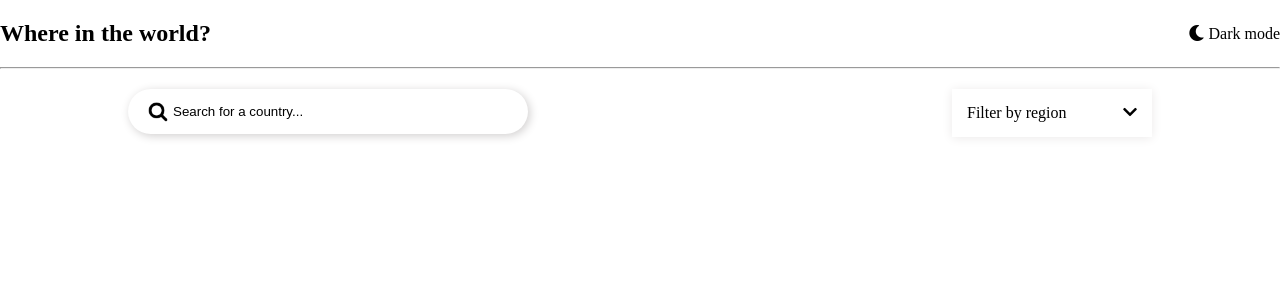
Repository: Eugene44-hub/countryProj
Page: index.html
These files come from the project's save history. The page is drawn as it stood at one moment and after a run of saves; the edit follows.
The browser window is 1280 px wide. The pictures show the whole page.
The page's requests for data from a server got no answer.

Above is the page before, as saved 2021-10-10 20:45:26.

### index.html
<!DOCTYPE html>
<html lang="en">

<head>
    <link rel="stylesheet" href="css/all.css">
    <link rel="stylesheet" href="style.css">
    <meta charset="UTF-8">
    <meta http-equiv="X-UA-Compatible" content="IE=edge">
    <meta name="viewport" content="width=device-width, initial-scale=1.0">
    <title>Document</title>
</head>
<div class="header-container"></div>
<header>
    <h2>Where in the world?</h2>
    <div class="mode"><i class="fas fa-moon"></i> Dark mode</div>
</header>
<hr>

<body>
    <div class="container">
        <div class="search-filter">
            <label for="search">
                     <input type="text" placeholder="Search for a country..." id="search">
            </label>



            <div class="select">
                <div class="default-text">Filter by region <i class="fas fa-chevron-down"></i>
                </div>
                <ul>
                    <li id="asia">Asia</li>
                    <li id='europe'>Europe</li>
                    <li id="africa">Africa</li>
                    <li id="oceania">Oceania</li>
                    <li id="america">America</li>
                </ul>
            </div>

        </div>
        <div class="country-container">

            <div class="countries">


            </div>
        </div>
    </div>

</body>

<script src="data.js"></script>
<script src="app.js"></script>
<script src="UI.js"></script>

</html>

### style.css
* {
    padding: 0;
    margin: 0;
    box-sizing: border-box;
}

.container {
    width: 80%;
    margin: auto;
}

.countries {
    display: flex;
    flex-wrap: wrap;
    justify-content: space-between;
    margin: auto;
}

img {
    width: 100%;
    height: 150px;
    border-bottom-left-radius: 0px;
    border-bottom-right-radius: 0px;
    border-top-right-radius: 5px;
    border-top-left-radius: 5px;
}

.country {
    width: 265px;
    margin: 20px 0;
    border-radius: 10px;
}

.about-country {
    padding: 0px 20px;
    line-height: 2;
    margin-bottom: 20px;
}

h3 {
    font-size: small
}

.country {
    box-shadow: 2px 4px 15px rgb(235, 235, 235), -2px 0px 15px rgb(235, 235, 235);
}

#name {
    font-weight: bold;
    line-height: 5;
    font-size: 16px
}

span {
    font-weight: bold;
}

#population,
#region,
#capital {
    font-size: 14px;
}

header {
    display: flex;
    justify-content: space-between;
    margin: 20px auto;
    align-items: center;
}

input {
    padding: 15px;
    width: 300px;
    border-radius: 50px;
}

.search-filter {
    display: flex;
    flex-wrap: wrap;
    flex: 100%;
    justify-content: space-between;
    margin: 20px 0;
}

ul {
    list-style: none;
    position: absolute;
    background-color: white;
    box-shadow: 1px 4px 10px rgb(184, 178, 178);
    display: none;
    margin: 0 0;
    border-radius: 0 0px 5px 5px;
}

@keyframes margin {
    from {
        margin: 0;
        opacity: 0;
    }
    to {
        margin: 10px 0;
        opacity: 1;
    }
}

.select:hover ul {
    display: block;
    cursor: pointer;
    animation: margin .2s;
    margin: 1px 0;
}

li:hover {
    background-color: rgb(111, 111, 247);
    color: white;
    transition: all .5s;
}

.select {
    right: 0;
    background-color: white;
    box-shadow: 0px 1px 10px rgb(235, 233, 233);
}

label[for=filter] {
    position: relative;
}

li,
.default-text {
    padding: 15px;
    position: relative;
    cursor: pointer;
    width: 200px;
}

.fa-chevron-down {
    float: right;
}

::placeholder {
    color: black;
    padding-left: 30px;
}

#search {
    background-image: url('search\ icon.png');
    background-size: 20px;
    background-repeat: no-repeat;
    background-position-y: center;
    background-position-x: 20px;
    border: none;
    outline: none;
    box-shadow: 2px 2px 10px rgb(209, 207, 207);
    width: 400px;
}

#search:focus {
    background-image: none;
}

@media screen and (max-width:720px) {
    .countries {
        justify-content: center;
    }
    .select {
        margin: 15px 0;
    }
}


/*

#europe {
    line-height: 6;
}

#africa {
    line-height: 11;
}

#oceania {
    line-height: 16;
}

#america {
    line-height: 21;
} */


/* # Front-end Style Guide

## Layout

The designs were created to the following widths:

- Mobile: 375px
- Desktop: 1440px

## Colors

### Neutral

- Dark Blue (Dark Mode Elements): hsl(209, 23%, 22%)
- Very Dark Blue (Dark Mode Background): hsl(207, 26%, 17%)
- Very Dark Blue (Light Mode Text): hsl(200, 15%, 8%)
- Dark Gray (Light Mode Input): hsl(0, 0%, 52%)
- Very Light Gray (Light Mode Background): hsl(0, 0%, 98%)
- White (Dark Mode Text & Light Mode Elements): hsl(0, 0%, 100%)

## Typography

### Body Copy

- Homepage Items: 14px
- Detail Page: 16px

### Fonts

- Family: [Nunito Sans](https://fonts.google.com/specimen/Nunito+Sans)
- Weights: 300, 600, 800

## Icons

For the icons, you can use a font icon library. Don't worry if the icons that you choose don't look exactly like they do on the design.

Some suggestions can be found below:

- [Font Awesome](https://fontawesome.com)
- [IcoMoon](https://icomoon.io)
- [Ionicons](https://ionicons.com) */


/*
com) - [IcoMoon](https: //icomoon.io)
- [Ionicons](https: //ionicons.com) */

### data.js
const url = 'https://restcountries.com/v3.1/all';

class Country {
    getCountries = async function() {
        const response = await fetch(url);
        const data = await response.json();

        return {
            data
        }
    }
}

### app.js
const country = new Country;
const search = document.querySelector('#search');
country.getCountries()
    .then(data => {
        const ui = new UI(data.data)
        ui.display();
        console.log(data.data[1].name.common)

    })

search.addEventListener('input', e => {
    UI.searchDisplay(search)
    console.log(search)
})

### UI.js
class UI {
    constructor(country) {
        this.country = country;
    }

    display() {
        let countries = document.querySelector('.countries');
        let output = '';
        let zero = 0;
        for (let i = 0; i < this.country.length; i++) {


            if (this.country[i].capital === undefined) {
                output += `
              <div class="country">
              <div class="image">
             <img src=${this.country[i].flags.png}>
              </div>
              <div class="about-country">
              <p id=name>${this.country[i].name.common}</p>
              <p id="population">Population: ${this.country[i].population}</p>
                  <p id="region">Region: ${this.country[i].region}</p>
                  <p id="capital">Capital: No capital</p>
              </div>
          </div>`
            } else {
                output += `
              <div class="country">
              <div class="image">
             <img src=${this.country[i].flags.png}>
              </div>
              <div class="about-country">
              <p id=name>${this.country[i].name.common}</p>
                  <p id="population"><span>Population</span>: ${this.country[i].population}</p>

                  <p id="region"><span>Region</span>: ${this.country[i].region}</p>

                  <p id="capital"><span>Capital</span>: ${this.country[i].capital[0]}</p>
              </div>
          </div>`
            }
        }
        countries.innerHTML = output
    }
    static searchDisplay(input) {
        if (input.value !== '') {
            input.style.backgroundImage = 'none';
        } else {
            input.style.backgroundImage = `url('search\ icon.png')`;
        }
    }
}



/*  */

Loaded but not shown: css/all.css (library)

After the next 3 saves:
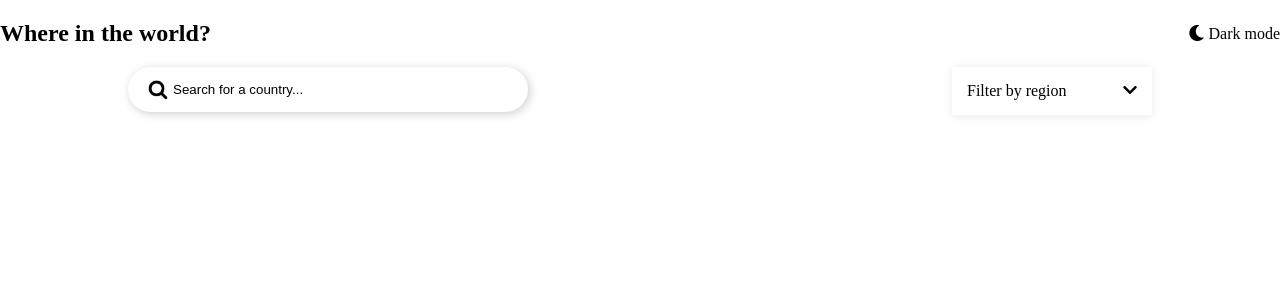
The 3 saves are shown as one change because they came seconds apart.
The last was saved 14 s later.
--- a/index.html
+++ b/index.html
@@ -9,12 +9,13 @@
     <meta name="viewport" content="width=device-width, initial-scale=1.0">
     <title>Document</title>
 </head>
-<div class="header-container"></div>
-<header>
-    <h2>Where in the world?</h2>
-    <div class="mode"><i class="fas fa-moon"></i> Dark mode</div>
-</header>
-<hr>
+<div class="header-container">
+    <header>
+        <h2>Where in the world?</h2>
+        <div class="mode"><i class="fas fa-moon"></i> Dark mode</div>
+    </header>
+
+</div>
 
 <body>
     <div class="container">
